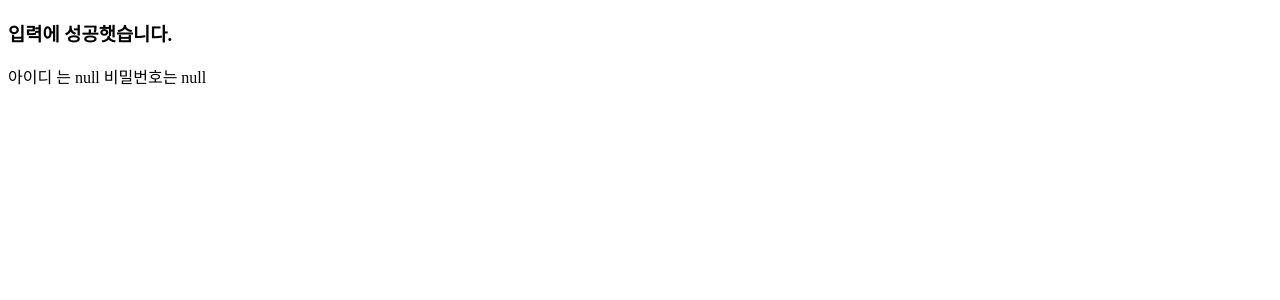
Repository: chanhooop/JSP
Page: http://localhost/Validation/vallidation05_Process.jsp
These files come from the project's save history. The page is drawn as it stood at one moment and after the next save; the edit follows.
The browser window is 1280 px wide. The pictures show the whole page.
The page is served by Tomcat 9.

Above is the page before, as saved 2021-05-10 07:44:34.

### Validation/src/main/webapp/vallidation05_Process.jsp
<%@ page language="java" contentType="text/html; charset=UTF-8"
    pageEncoding="UTF-8"%>
<!DOCTYPE html>
<html>
<head>
<meta charset="UTF-8">
<title>Insert title here</title>
</head>
<body>
	<h3>입력에 성공햇습니다.</h3>
	<%
		request.setCharacterEncoding("utf-8");
		String id = request.getParameter("id");
		String pw = request.getParameter("pw");
		String name = request.getParameter("name");
		String num = request.getParameter("num");
		String num1 = request.getParameter("num1");
		String num2 = request.getParameter("num2");
		String email = request.getParameter("email");
	%>
	아이디 는 <%=id %>
	비밀번호는 <%=pw %>
</body>
</html>

After the next save:
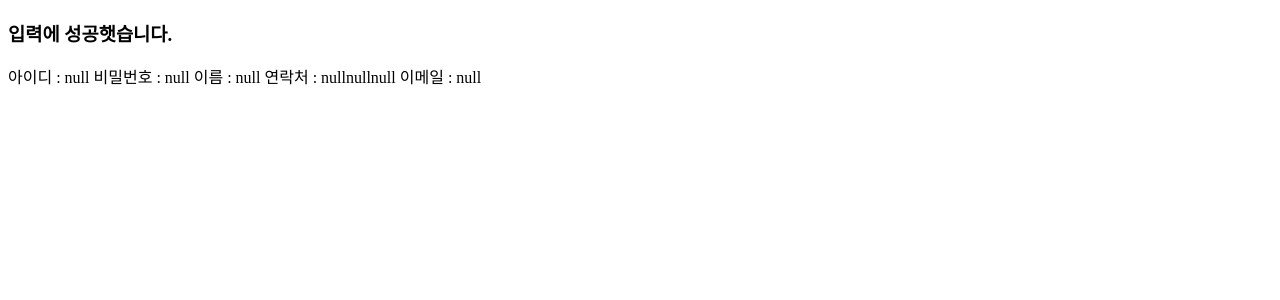
Saved 108 s later.
--- a/Validation/src/main/webapp/vallidation05_Process.jsp
+++ b/Validation/src/main/webapp/vallidation05_Process.jsp
@@ -18,7 +18,11 @@
 		String num2 = request.getParameter("num2");
 		String email = request.getParameter("email");
 	%>
-	아이디 는 <%=id %>
-	비밀번호는 <%=pw %>
+	아이디 : <%=id %>
+	비밀번호 : <%=pw %>
+	이름 : <%=name %>
+	연락처 : <%=num %><%=num1 %><%=num2 %>
+	이메일 : <%=email %>
+
 </body>
 </html>
